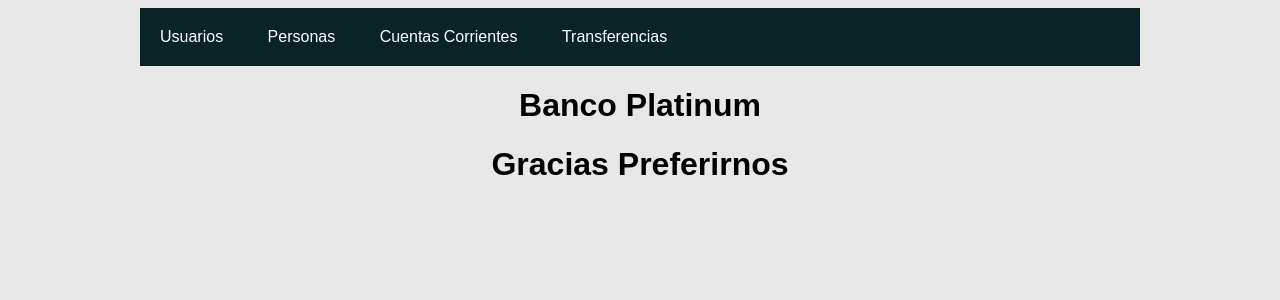
Repository: miguelalvarezcl/examen
Page: http://localhost/CtaCorriente/home.jsp
An editor plug-in stored every save of this project. The page is shown before and after the next save, followed by the edit.
The browser window is 1280 px wide. The pictures show the whole page.
The page is served by Tomcat 9. Other server files are loaded and not shown.

Above is the page before, as saved 2021-11-12 22:27:12.

### CtaCorriente/WebContent/home.jsp
<%@ page language="java" contentType="text/html; charset=utf-8"
    pageEncoding="utf-8"%>
<!DOCTYPE html>
<html>
<head>
<meta charset="utf-8">
<title>:::... Banco Platinum ...:::</title>
</head>
<body>

		<ul class="menu">
			<li><a href="http://localhost:49670/CtaCorriente/">Usuarios</a></li>
			<li><a href="http://localhost:49670/CtaCorriente/listPersonabd">Personas</a></li>
			<li><a href="http://localhost:49670/CtaCorriente/listCuentabd">Cuentas Corrientes</a></li>
			<li><a href="http://localhost:49670/CtaCorriente/listTransferencia">Transferencias</a></li>

		</ul>


	<div style="text-align: center">
		<h1>Banco Platinum</h1>
		<h1>Gracias Preferirnos</h1>
	</div>



</body>
</html>
<style>
body{
	font-family: arial, helvetica;
	background: #e8e8e8;
}


.menu{
	list-style: none;
	padding: 0;
	background: #092327;
	width: 85%;
	max-width: 1000px;
	margin: auto;
}

.menu li a{
	text-decoration: none;
	color: white;
	padding: 20px;
	display: block;
}

.menu li{
	display: inline-block;
	text-align: center;
}

.menu li a:hover{
	background: #ef8354;
}


</style>

After the next save:
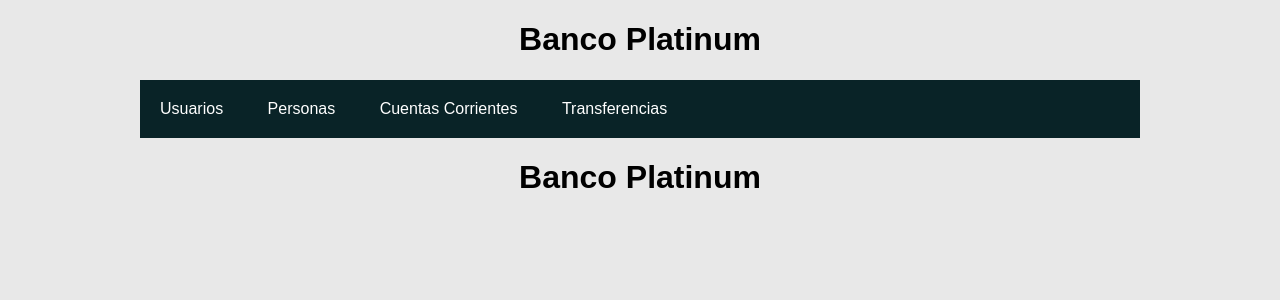
Saved 59 s later.
--- a/CtaCorriente/WebContent/home.jsp
+++ b/CtaCorriente/WebContent/home.jsp
@@ -7,7 +7,9 @@
 <title>:::... Banco Platinum ...:::</title>
 </head>
 <body>
-
+	<div style="text-align: center">
+		<h1>Banco Platinum</h1>
+	</div>
 		<ul class="menu">
 			<li><a href="http://localhost:49670/CtaCorriente/">Usuarios</a></li>
 			<li><a href="http://localhost:49670/CtaCorriente/listPersonabd">Personas</a></li>
@@ -19,7 +21,6 @@
 
 	<div style="text-align: center">
 		<h1>Banco Platinum</h1>
-		<h1>Gracias Preferirnos</h1>
 	</div>
 
 
